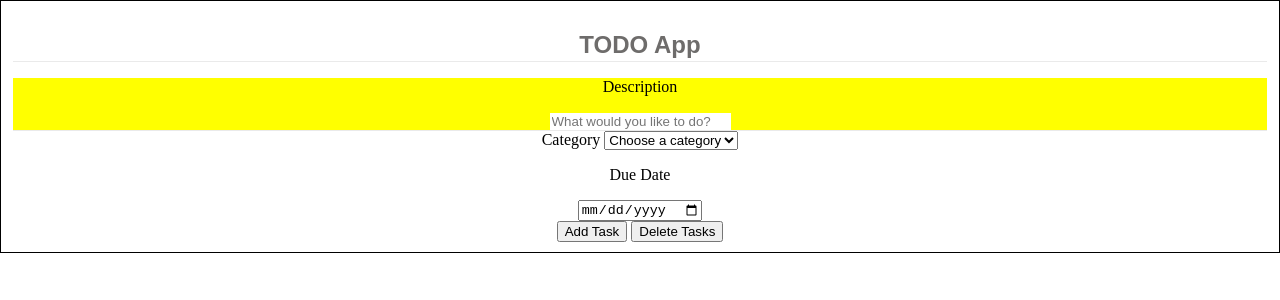
Repository: king-slayer97/TODO-App
Page: http://localhost/
The author's editor kept a copy of each file at every save. The page is drawn from the files as they stood at one save, then again after the next save.
The browser window is 1280 px wide. The pictures show the whole page.
The page is served by the project's Node server (index.js). Other server files are loaded and not shown.

Above is the page before, as saved 2022-08-15 14:02:38.

### views/home.ejs
<!DOCTYPE html>
<html lang="en">

<head>
    <meta charset="UTF-8">
    <meta http-equiv="X-UA-Compatible" content="IE=edge">
    <meta name="viewport" content="width=device-width, initial-scale=1.0">
    <title>TODO App</title>
    <link rel="stylesheet" href="/css/home.css">
</head>

<body>
    <div class="wrapper">
        <div class="heading">
            <h2>TODO App</h2>
        </div>
        <div class="description">
            <p>Description</p>
            <input type="text" placeholder="What would you like to do?">
        </div>
        <div class="section2">
            <div class="category">
                <label>Category</label>
                <select>
                    <option selected disabled>Choose a category</option>
                    <option value="Personal">Personal</option>
                    <option value="Work">Work</option>
                    <option value="School">School</option>
                    <option value="Cleaning">Cleaning</option>
                    <option value="Other">Other</option>
                </select>
            </div>
            <div class="date">
                <p>Due Date</p>
                <input type="date" placeholder="dd/mm/yyyy">
            </div>
        </div>
        <div class="buttons">
            <button>Add Task</button>
            <button>Delete Tasks</button>
        </div>
    </div>
</body>

</html>

### index.js
const express = require('express');
const PORT = 3000;
const app = express();

//setup view engine
app.set('view engine', 'ejs');
app.set('views','./views');
app.use(express.static('assets'));

//importing routes
const router = require('./routes');
app.use('/',router);

//Listening on port 3000
app.listen(PORT, function(err){
    if(err) {
        console.log(`Error: ${err}`);
    }
    else{
        console.log(`Listening on port ${PORT}`);
    }
});

### controllers/home_controller.js
module.exports.homePage = function(req, res){
    res.render('home',{title: "TODO App"});
};

### assets/css/home.css
body{
    margin: 0;
}

.wrapper{
    text-align: center;
    border: 1px solid black;
    padding: 10px 12px;
}

.heading{
    border-bottom: 1px solid #eaeaea;
    height: 30px;
    /* display: flex;
    align-items: center;
    justify-content: center; */
}

.heading h2{
    color: #6e6c6b;
    font-family: Arial, Helvetica, sans-serif;
    /* font-style: inherit; */
}

.description{
    border-bottom: 1px solid #eaeaea;
    /* display: flex;
    flex-direction:column;
    justify-content: flex-start; */
    background-color: yellow;
}

.description p{
    height: 100%;
}

.description input[type="text"]{
    border-style: none;
}

After the next save:
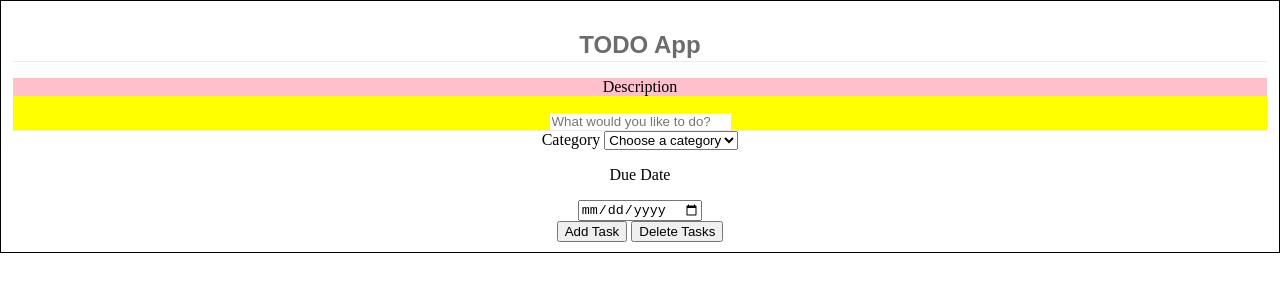
Saved 9 s later.
--- a/assets/css/home.css
+++ b/assets/css/home.css
@@ -32,6 +32,7 @@ body{
 
 .description p{
     height: 100%;
+    background-color: pink;
 }
 
 .description input[type="text"]{
